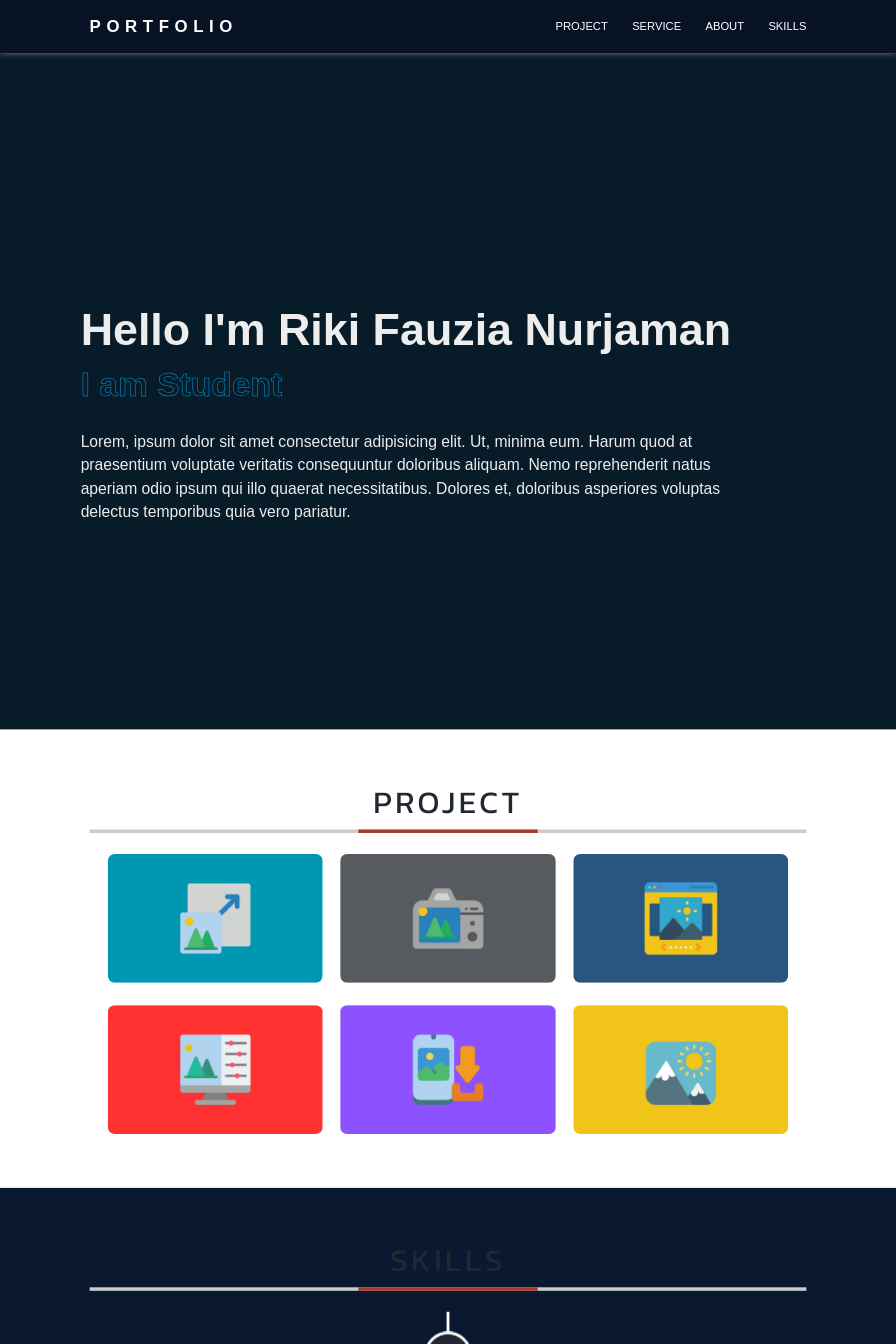
Repository: sellayspy/Portofolio
Page: /
The author's editor kept a copy of each file at every save. The page is drawn from the files as they stood at one save, then again after the next save.
The browser window is 1280 px wide. The pictures show the part of the page from y = 0 to 1920 px (the page is 4094 px tall), at 70% of full size.
The project was rebuilt for these pictures with package versions that can differ from the ones it lists, and the page was loaded fresh each time. Also part of the build but not shown: vite.config.js, src/styles/DetailPortfolio.css, src/components/ScrollToTop.jsx, src/pages/DetailPortfolio.jsx, src/pages/PagesNotFound.jsx.

Above is the page before, as saved 2024-09-15 16:29:56.

After the next save:
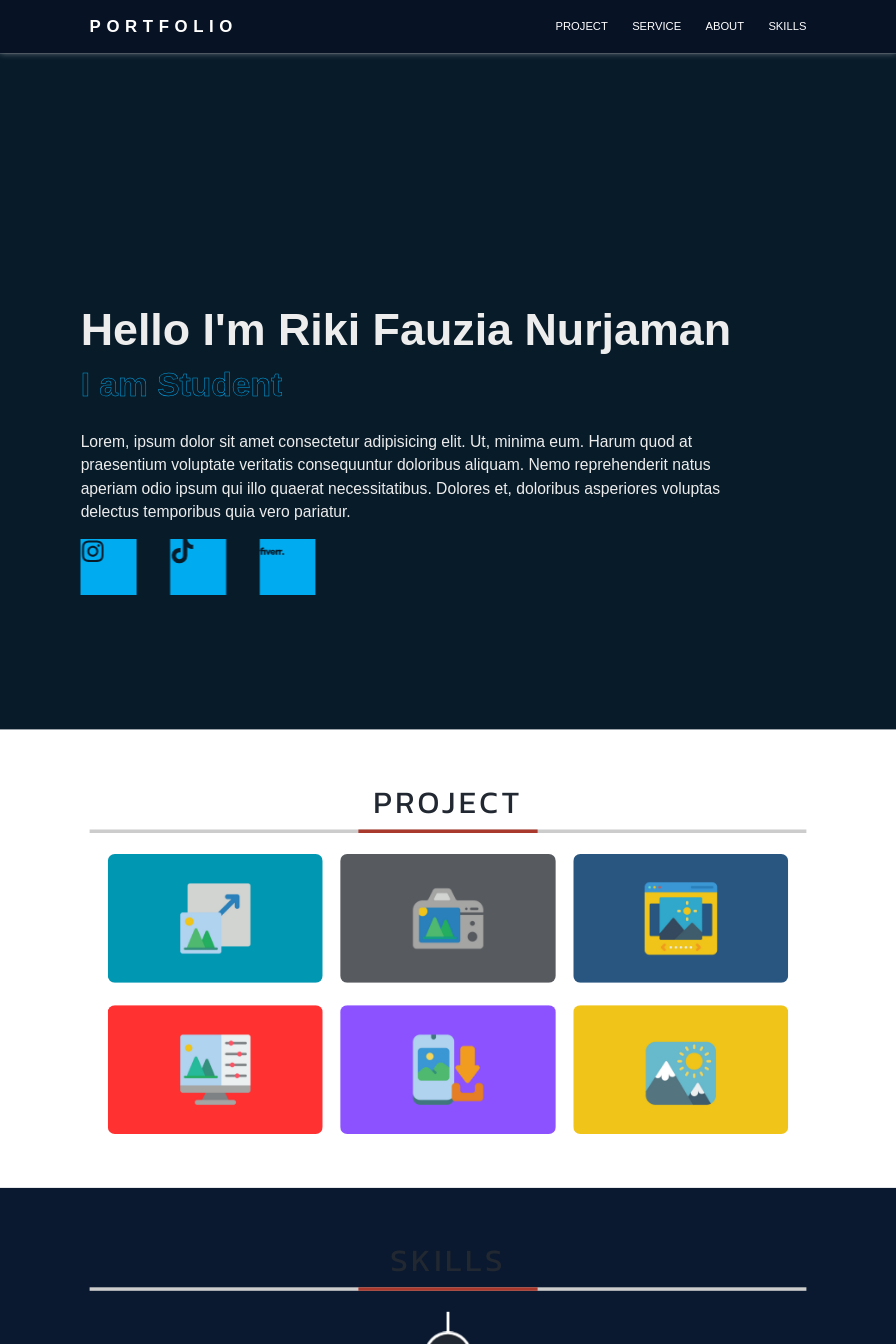
Saved 103 s later.
--- a/src/styles/Header.css
+++ b/src/styles/Header.css
@@ -49,6 +49,8 @@ header {
   border: 2rem solid var(--main-color)
   align-items: center;
   cursor: pointer;
+  position: relative;
+  z-index: 1;
   transition: transform 0.3s ease-in-out;
 }
 
